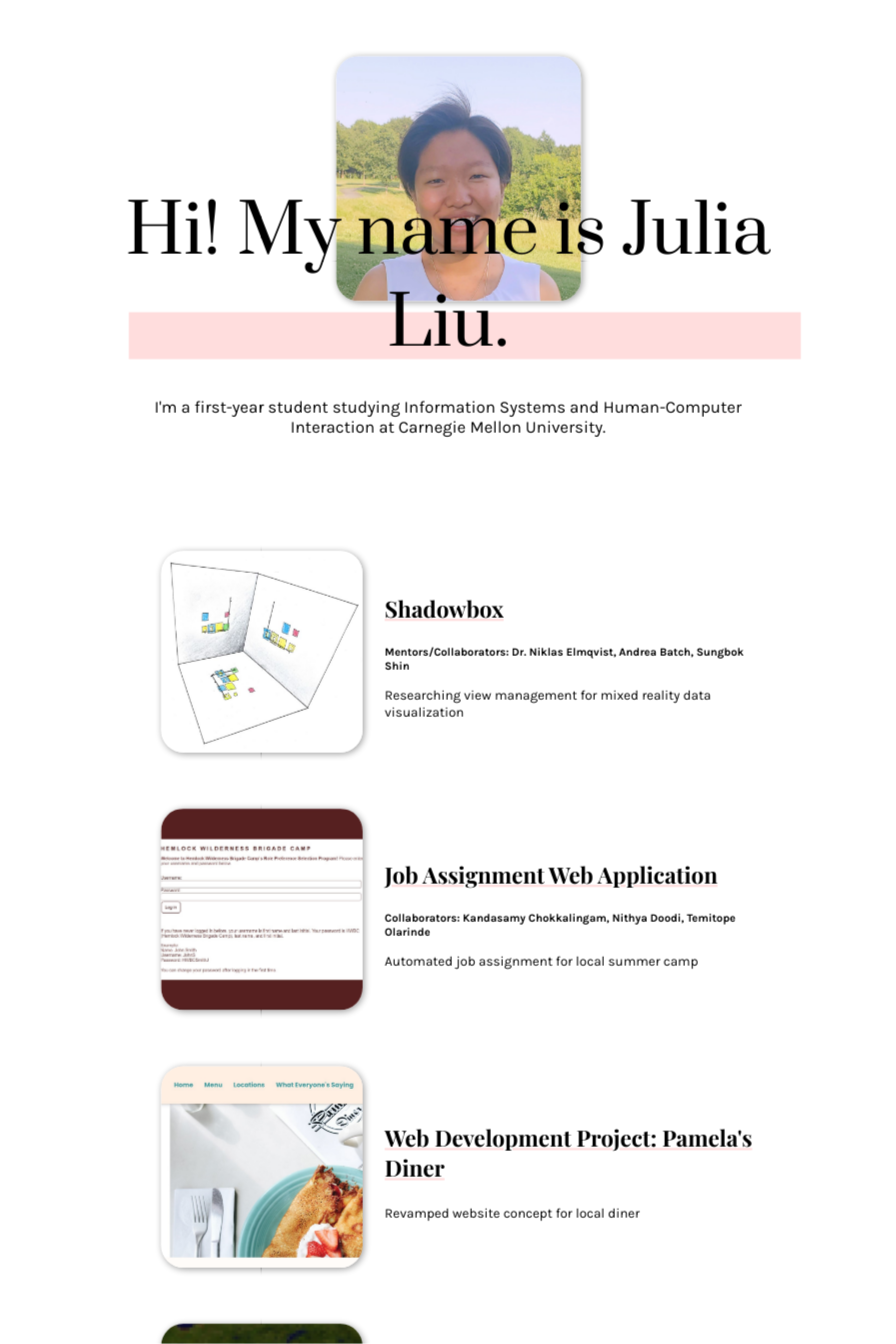
Repository: liu-julia/liu-julia.github.io
Page: index.html
The author's editor kept a copy of each file at every save. The page is drawn from the files as they stood at one save, then again after the next save.
The browser window is 1280 px wide. The pictures show the part of the page from y = 0 to 1920 px (the page is 2526 px tall before and 3046 px after), at 70% of full size.

Above is the page before, as saved 2022-04-28 13:00:36.
Console error: TypeError: Cannot read properties of null (reading 'style')

After the next save:
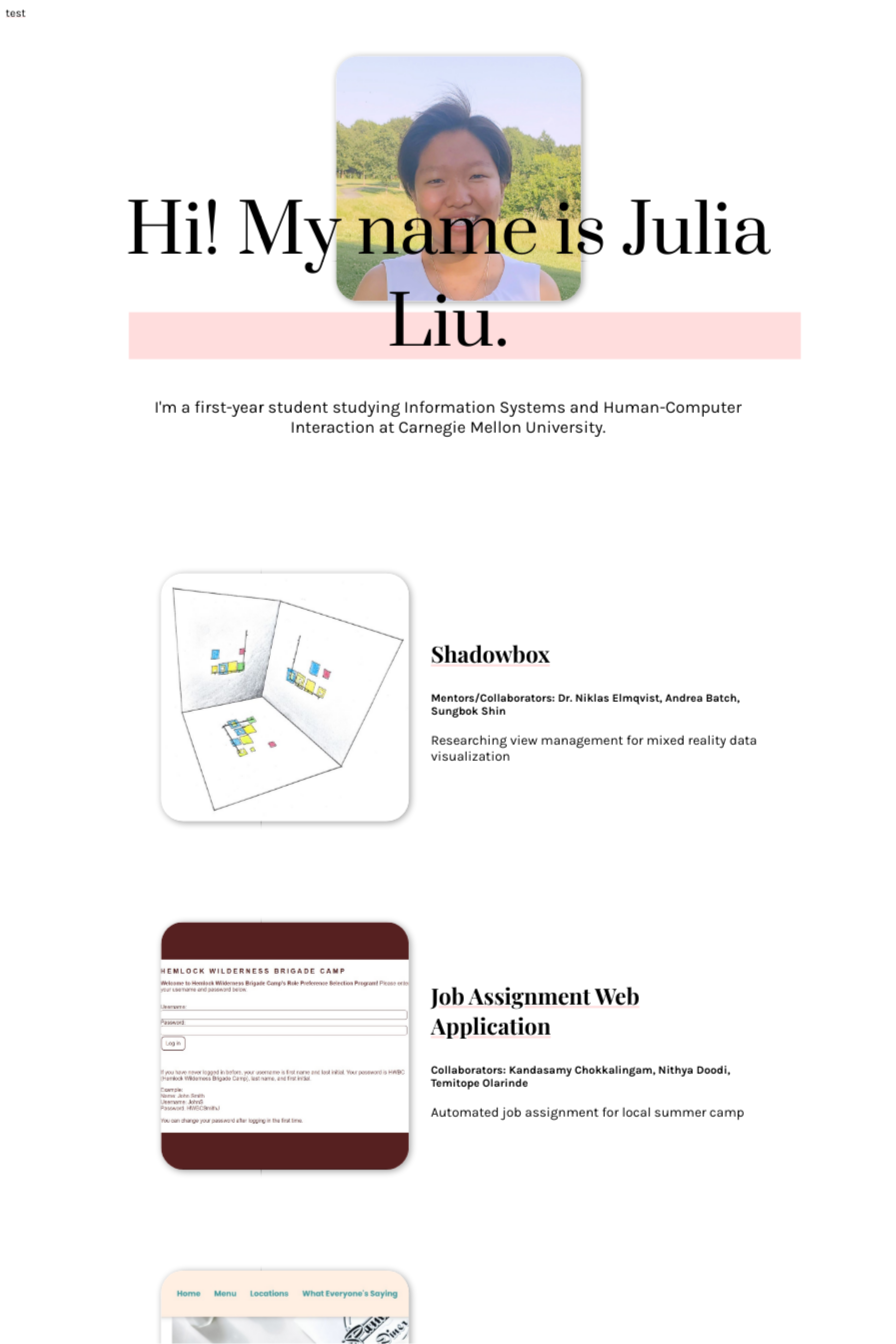
Saved 115 s later.
--- a/index.html
+++ b/index.html
@@ -26,40 +26,43 @@
             <img id="face" src="images/IMG_20210707_193435_832.jpg" alt="Julia Liu">
             <h1 class="highlighted">Hi! My name is Julia Liu.</h1>
             <p id="head_desc">I'm a first-year student studying Information Systems and Human-Computer Interaction at Carnegie Mellon University.</p>
+            <a href="">test</a>
         </div>
         <br>
-        <div class="project">
-            <img src="images/shadowbox.jpg" alt="Shadowbox">
-            <div class="project-text">
-                <h3><a href="https://liu-julia.notion.site/Shadowbox-206a5c5eea2a42a292b238f68e84f78f">Shadowbox</a></h3>
-                <h4>Mentors/Collaborators: Dr. Niklas Elmqvist, Andrea Batch, Sungbok Shin</h4>
-                <p>Researching view management for mixed reality data visualization</p>
+        <section id="projects">
+            <div class="project">
+                <img src="images/shadowbox.jpg" alt="Shadowbox">
+                <div class="project-text">
+                    <h3><a href="https://liu-julia.notion.site/Shadowbox-206a5c5eea2a42a292b238f68e84f78f">Shadowbox</a></h3>
+                    <h4>Mentors/Collaborators: Dr. Niklas Elmqvist, Andrea Batch, Sungbok Shin</h4>
+                    <p>Researching view management for mixed reality data visualization</p>
+                </div>
             </div>
-        </div>
-        <div class="project">
-            <img src="images/camp.jpg" alt="Hemlock Wilderness Brigade Camp website">
-            <div class="project-text">
-                <h3><a href="https://liu-julia.notion.site/Job-Assignment-Web-App-bd26f317785b4564853cad5746690a5f">Job Assignment Web Application</a></h3>
-                <h4>Collaborators: Kandasamy Chokkalingam, Nithya Doodi, Temitope Olarinde</h4>
-                <p>Automated job assignment for local summer camp</p>
+            <div class="project">
+                <img src="images/camp.jpg" alt="Hemlock Wilderness Brigade Camp website">
+                <div class="project-text">
+                    <h3><a href="https://liu-julia.notion.site/Job-Assignment-Web-App-bd26f317785b4564853cad5746690a5f">Job Assignment Web Application</a></h3>
+                    <h4>Collaborators: Kandasamy Chokkalingam, Nithya Doodi, Temitope Olarinde</h4>
+                    <p>Automated job assignment for local summer camp</p>
+                </div>
             </div>
-        </div>
-        <div class="project">
-            <img src="images/pamelas1.jpg" alt="Pamela's Diner website">
-            <div class="project-text">
-                <h3><a href="https://liu-julia.notion.site/Web-Development-Project-Pamela-s-Diner-67d99581677243809cbfb3ee69a6fb9d">Web Development Project: Pamela's Diner</a></h3>
-                <p>Revamped website concept for local diner</p>
+            <div class="project">
+                <img src="images/pamelas1.jpg" alt="Pamela's Diner website">
+                <div class="project-text">
+                    <h3><a href="https://liu-julia.notion.site/Web-Development-Project-Pamela-s-Diner-67d99581677243809cbfb3ee69a6fb9d">Web Development Project: Pamela's Diner</a></h3>
+                    <p>Revamped website concept for local diner</p>
+                </div>
             </div>
-        </div>
-        <div class="project">
-            <img src="images/soaringtheskies.jpg" alt="Soaring the Skies - 2D airplane game">
-            <div class="project-text">
-                <h3><a href="https://github.com/liu-julia/TartanHacks2022">Geographic Trivia Game: Soaring the Skies</a></h3>
-                <h4>Collaborators: Gary Bailey, William Crenshaw</h4>
-                <h4><i>For TartanHacks2022</i></h4>
-                <p>Soar the vast, open skies while learning about the world</p>
+            <div class="project">
+                <img src="images/soaringtheskies.jpg" alt="Soaring the Skies - 2D airplane game">
+                <div class="project-text">
+                    <h3><a href="https://github.com/liu-julia/TartanHacks2022">Geographic Trivia Game: Soaring the Skies</a></h3>
+                    <h4>Collaborators: Gary Bailey, William Crenshaw</h4>
+                    <h4><i>For TartanHacks2022</i></h4>
+                    <p>Soar the vast, open skies while learning about the world</p>
+                </div>
             </div>
-        </div>
+        </section>
         <br>
         <!--<h3 id="construction">More coming soon</h3>-->
         <div id="foot">

After the 2 saves that followed:
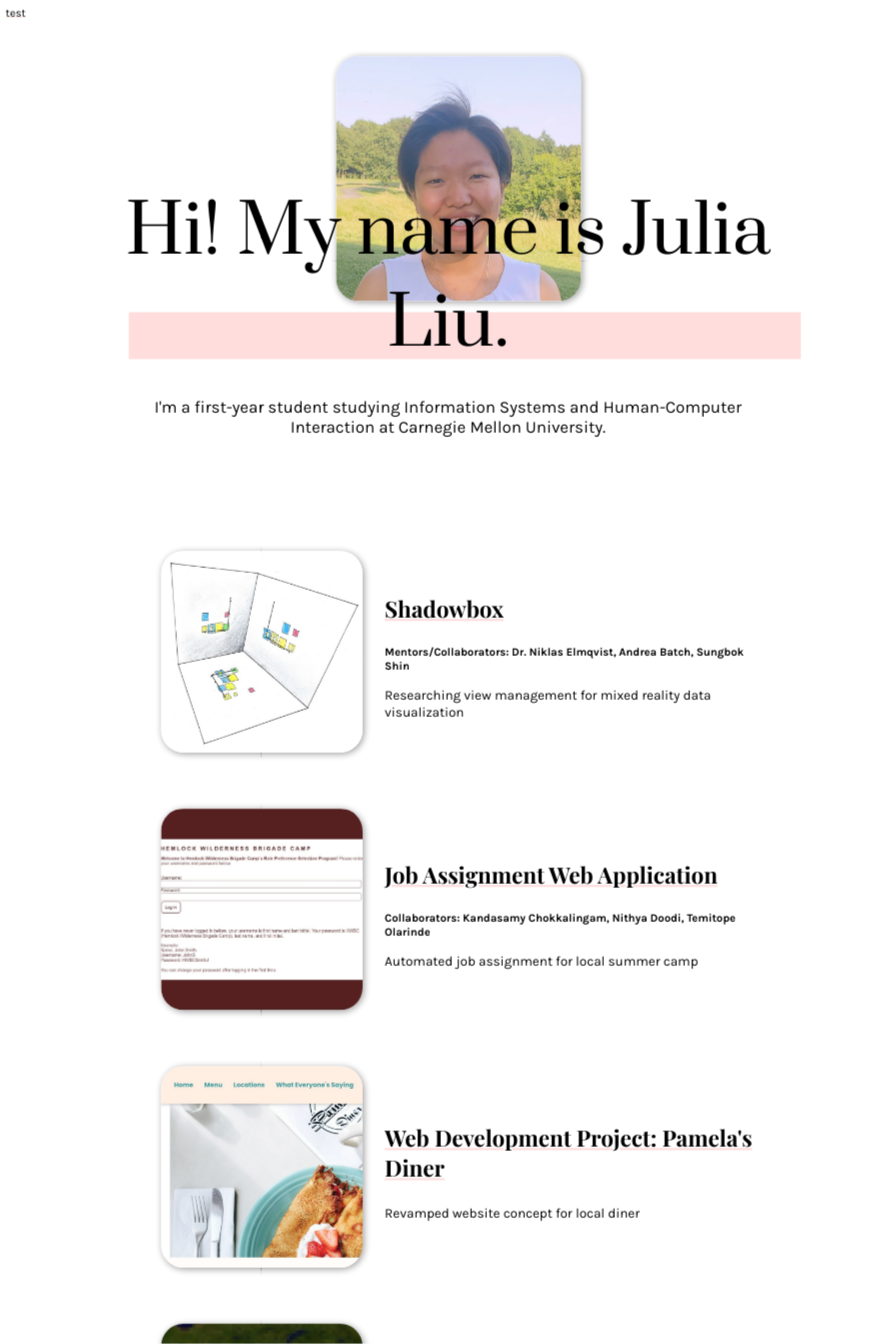
The 2 saves are shown as one change because 1 left the picture as it was.
The last was saved 70 s later.
--- a/index.html
+++ b/index.html
@@ -26,10 +26,10 @@
             <img id="face" src="images/IMG_20210707_193435_832.jpg" alt="Julia Liu">
             <h1 class="highlighted">Hi! My name is Julia Liu.</h1>
             <p id="head_desc">I'm a first-year student studying Information Systems and Human-Computer Interaction at Carnegie Mellon University.</p>
-            <a href="">test</a>
+            <a href="#projects">test</a>
         </div>
         <br>
-        <section id="projects">
+        <span id="projects"></span>
             <div class="project">
                 <img src="images/shadowbox.jpg" alt="Shadowbox">
                 <div class="project-text">
@@ -62,7 +62,6 @@
                     <p>Soar the vast, open skies while learning about the world</p>
                 </div>
             </div>
-        </section>
         <br>
         <!--<h3 id="construction">More coming soon</h3>-->
         <div id="foot">
